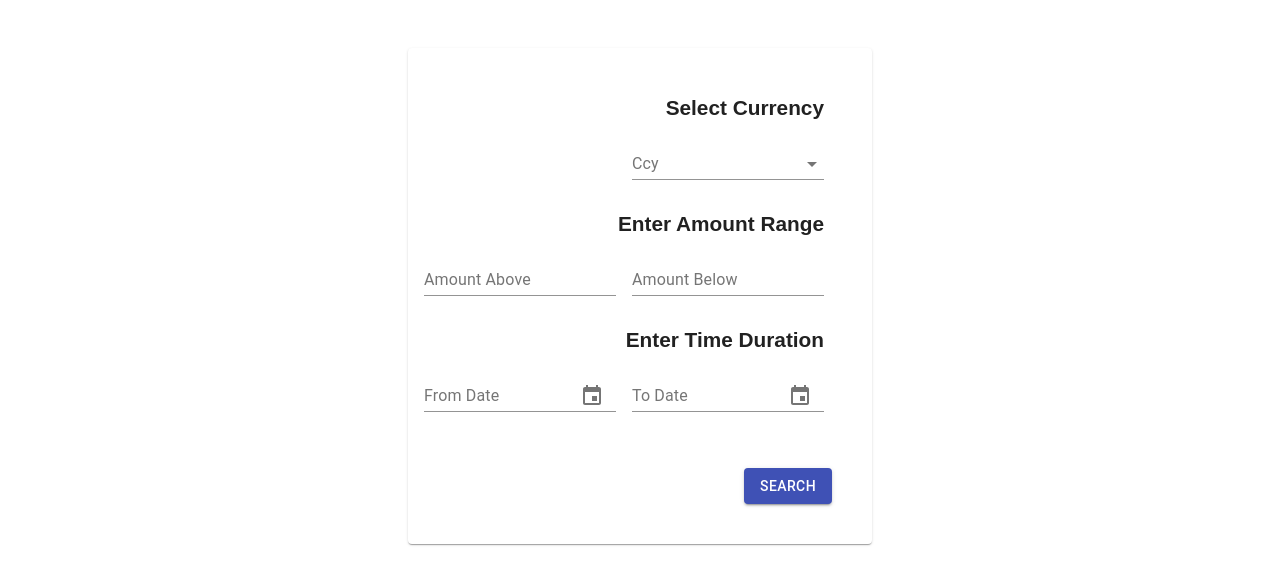
Repository: AmanullaChishty/filter
Page: /
These files come from the project's save history. The page is drawn as it stood at one moment and after the next save; the edit follows.
The browser window is 1280 px wide. The pictures show the whole page.
The project was rebuilt for these pictures with package versions that can differ from the ones it lists, and the page was loaded fresh each time. Imported but missing from the stored project, and not drawn on this page: src/reducers/simpleReducer.

Above is the page before, as saved 2020-01-26 21:44:31.

After the next save:
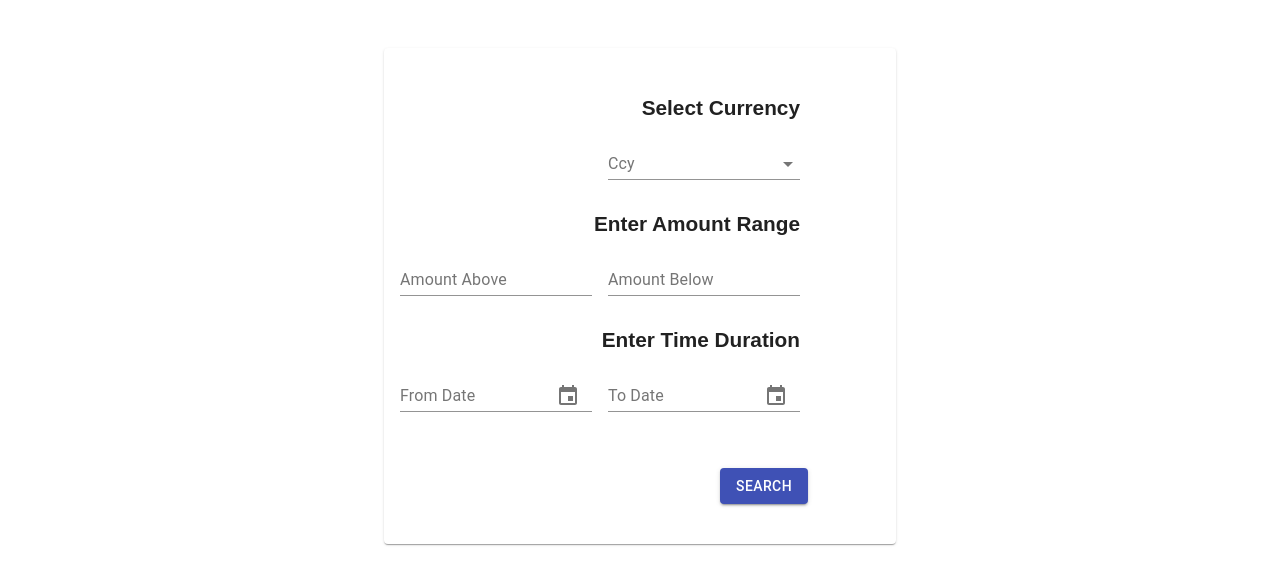
Saved 2 min 38 s later.
--- a/src/searchBar/components/searchBar.js
+++ b/src/searchBar/components/searchBar.js
@@ -91,7 +91,7 @@ class SearchBar extends Component {
 
     return (
       <Grid style={{display:'flex',justifyContent:'center',alignItems:'center',flexDirection:'column'}}>
-    <Card style={{maxWidth:400,width:'100%',padding:'2em',margin:'3em'}}>
+    <Card style={{maxWidth:400,width:'100%',padding:'2em 5em 2em 2em',margin:'3em'}}>
       <CardContent>
             <Grid style={sectionGrid}>
               <span style={sectionLabel}>Select Currency</span>
